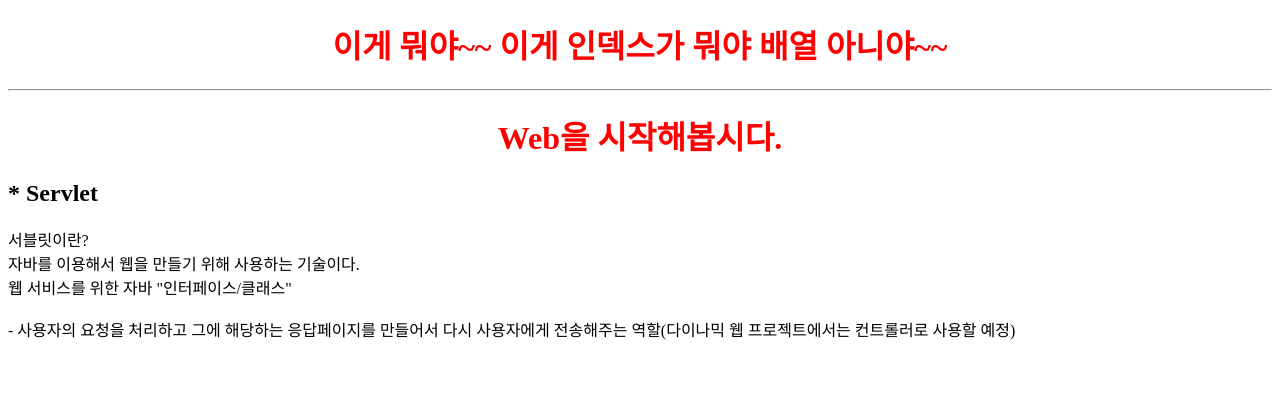
Repository: Rostreaca/0922_Web
Page: MyFirstWebProject/src/main/webapp/WEB-INF/index.html
These files come from the project's save history. The page is drawn as it stood at one moment and after the next save; the edit follows.
The browser window is 1280 px wide. The pictures show the whole page.

Above is the page before, as saved 2025-09-22 07:16:40.

### MyFirstWebProject/src/main/webapp/WEB-INF/index.html
<!DOCTYPE html>
<html>
<head>
<meta charset="UTF-8">
<title>안녕하세요 인 덱스입니다</title>
<style>
	h1{
		color : red;
		text-align: center;

	}
</style>
</head>
<body>
	<!--
		1) 새로운 워크스페이스를 만들어서 이클립스로 열기

		2) 작업 환경 구성

			2_1) 보여질 U.I를 구성

			2_2) 서버 실행환경 구성[Window - Preferences]
			(Server - Runtime Environments)
			이클립스 상에서 서버를 실행할 수 있도록 실행환경을 연동하는 과정
			Add버튼 클릭 -> 설치한 ApacheTomcat과 동일한 버전 선택 -> Next버튼 클릭
			-> Browse버튼 클릭 -> 설치한 톰캣 폴더 선택 -> Finish버튼 클릭

		3) 서버 생성하기

			3_1) [Servers] - [New] - [Server]

			3_2) 창에 기본적으로 2_2에서 세팅해놓은 Runtime이 잡혀 있을 것

			3_3)  Finish버튼 클릭

			3_4) 서버 세팅하기(만들어진 서버 더블클릭)

				3_4_1) 왼쪽하단에 ServerOption탭에 Server Module Publishing 체크
				=> file upload / download 경로 지정이 운영체제 상 숨김폴더로 지정

				3_4_2) 포트번호를 바꿔야한다면 재설정 => 작업이 끝나면 반드시 저장

			4) Dynamic Web Project만들기 [Project Explorer - new]

				4_1) 프로젝트명 신중하게 만들기 - Next

				4_2) default output folder 경로 재설정 :
					 src/main/webapp/WEB-INF/classes
				=> classes라는 폴더 안에 컴파일이 끝난 .class파일이 들어감
				WEB-INF안에 만들어두지 않으면 외부에서 접근이 가능하기 때문에 보안상 위험함

				4_3) Context root : 애플리케이션만의 고유한 이름으로 지어줄 것(기본값 : 프로젝트명)
				재정의해서 쓰는것이 보편적이고 실제로 자주 바뀔 수 있음
				=> 하나의 서버로 여러 개의 애플리케이션을 구동할 수 있음
				고유한 이름을 통해 애플리케이션에 접근하는 경로로 사용할 수 있음

				Content Directory : 실제로 배포되는 폴더(서버에 올라가는 폴더)의 최상위 폴더명!
				=> 변경 시 default output folder로 돌아가서 그쪽도 변경해야 함

				Generate web.xml deployement descriptor : 기본적으로는 체크가 안돼있음
				=> web.xml에는 애플리케이션 전체 정보가 들어있음(메인페이지 지정)
				굳이 바꿀 일 없어~~~ 하면은 안만들어도 무방
				혹시나 수정을 할 수도 있고 공부를 해야하니까 꼭 만들자!!!!

				Finish버튼 클릭

			5) 새로만들어진 Project 확인하기

				5_1) src - main - webapp - WEB-INF - classes폴더 잘 있나

				5_2) src - main - webapp - WEB-INF - web.xml 잘 있나

				5_3) src - main - webapp - index.html파일 만들기

			6) 생성해놓은 Server에 올리기

				[Servers] -> Server 오른쪽 클릭 -> Add and Remove -> 왼쪽에서 선택 후 클릭
				-> Finish

			7) 서버 실행 잘 되는거 확인했으면 브라우저 켜서 URL요청 보내서 index파일 잘 나오나 확인
		-->

	<h1>이게 뭐야~~ 이게 인덱스가 뭐야 배열 아니야~~</h1>

	<hr>

	<h1>Web을 시작해봅시다.</h1>

	<h2> * Servlet </h2>

	<p>
		서블릿이란? <br>
		자바를 이용해서 웹을 만들기 위해 사용하는 기술이다. <br>
		웹 서비스를 위한 자바 "인터페이스/클래스" <br><br>

		- 사용자의 요청을 처리하고 그에 해당하는 응답페이지를 만들어서
		  다시 사용자에게 전송해주는 역할(다이나믹 웹 프로젝트에서는 컨트롤러로 사용할 예정) <br>

	</p>

</body>
</html>

After the next save:
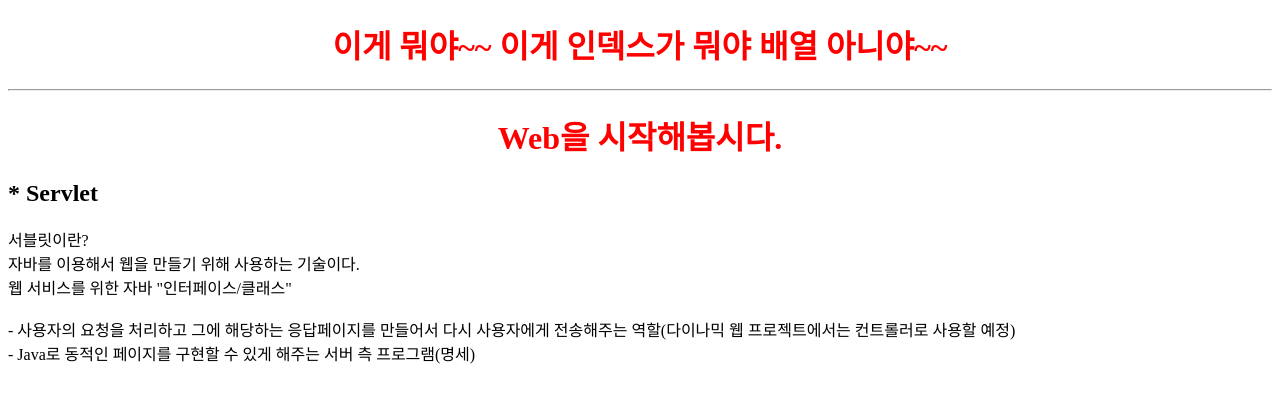
Saved 41 s later.
--- a/MyFirstWebProject/src/main/webapp/WEB-INF/index.html
+++ b/MyFirstWebProject/src/main/webapp/WEB-INF/index.html
@@ -95,6 +95,7 @@
 
 		- 사용자의 요청을 처리하고 그에 해당하는 응답페이지를 만들어서
 		  다시 사용자에게 전송해주는 역할(다이나믹 웹 프로젝트에서는 컨트롤러로 사용할 예정) <br>
+		- Java로 동적인 페이지를 구현할 수 있게 해주는 서버 측 프로그램(명세) <br>
 
 	</p>
 
